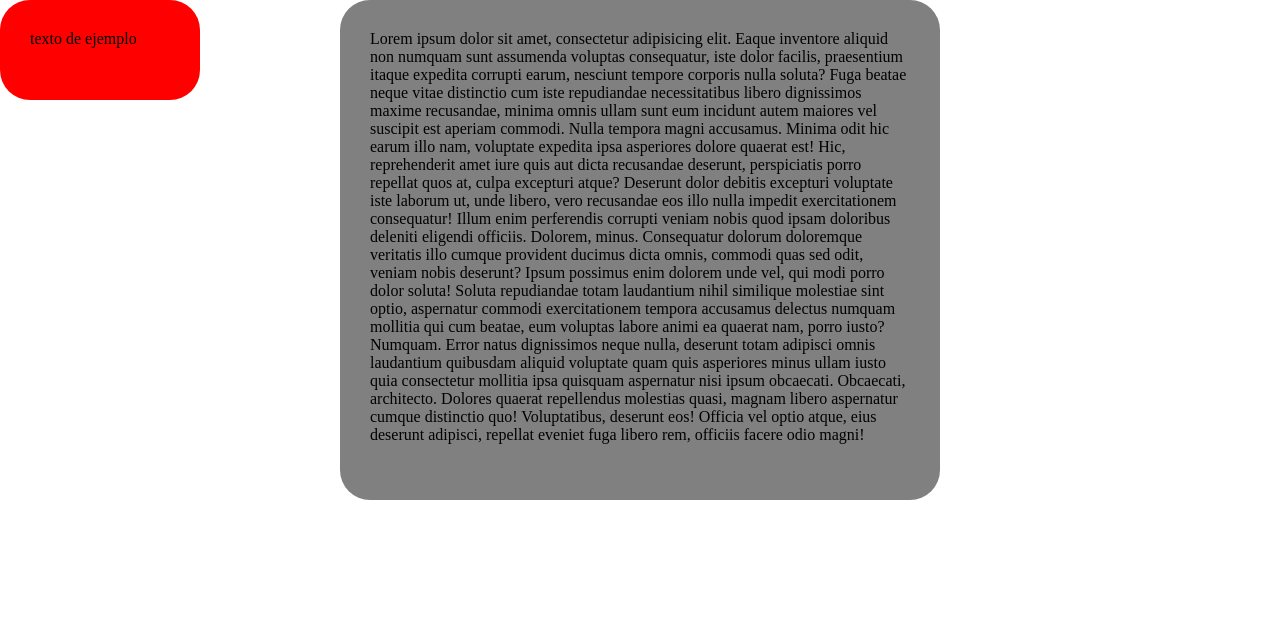
Repository: Daniel009980/daniel0099980
Page: desafio/index.html
The author's editor kept a copy of each file at every save. The page is drawn from the files as they stood at one save, then again after the next save.
The browser window is 1280 px wide. The pictures show the whole page.

Above is the page before, as saved 2022-09-19 01:38:58.

After the next save:
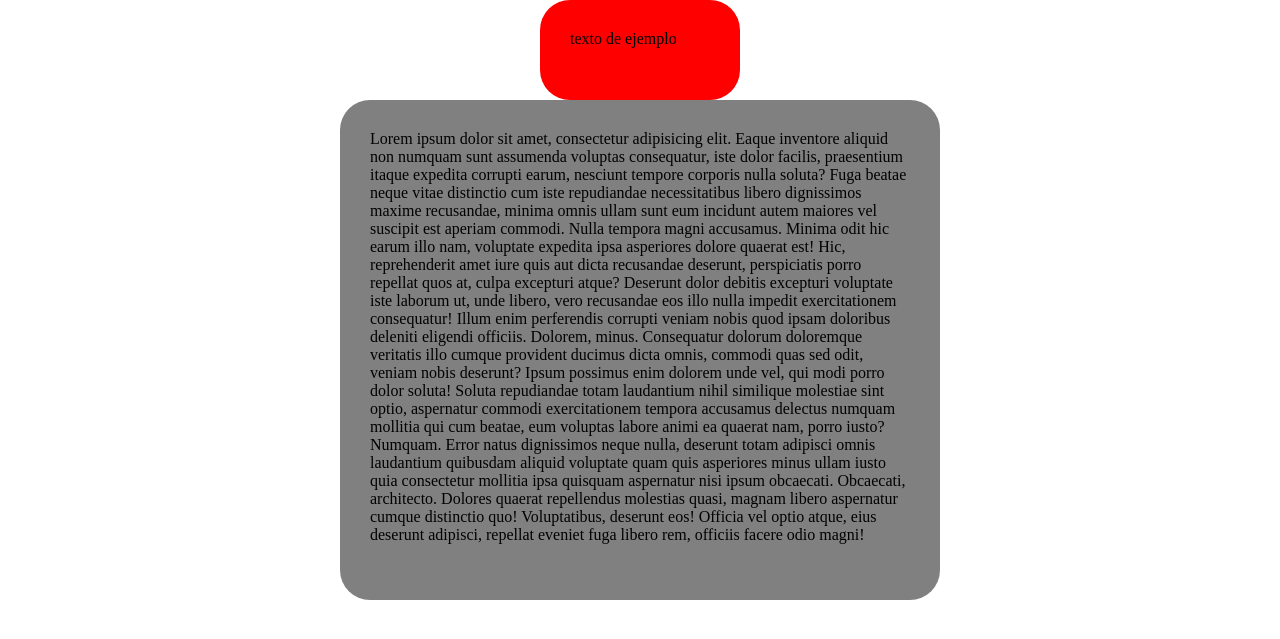
Saved 2 min 0 s later.
--- a/desafio/index.html
+++ b/desafio/index.html
@@ -10,7 +10,7 @@
 <body>
 
     <main>
-        <div style="position: absolute;"><p>texto de ejemplo</p></div>
+        <div><p>texto de ejemplo</p></div>
         <section><p>Lorem ipsum dolor sit amet, consectetur adipisicing elit. Eaque inventore aliquid non numquam sunt assumenda voluptas consequatur, iste dolor facilis, praesentium itaque expedita corrupti earum, nesciunt tempore corporis nulla soluta?
         Fuga beatae neque vitae distinctio cum iste repudiandae necessitatibus libero dignissimos maxime recusandae, minima omnis ullam sunt eum incidunt autem maiores vel suscipit est aperiam commodi. Nulla tempora magni accusamus.
         Minima odit hic earum illo nam, voluptate expedita ipsa asperiores dolore quaerat est! Hic, reprehenderit amet iure quis aut dicta recusandae deserunt, perspiciatis porro repellat quos at, culpa excepturi atque?

After the save that followed:
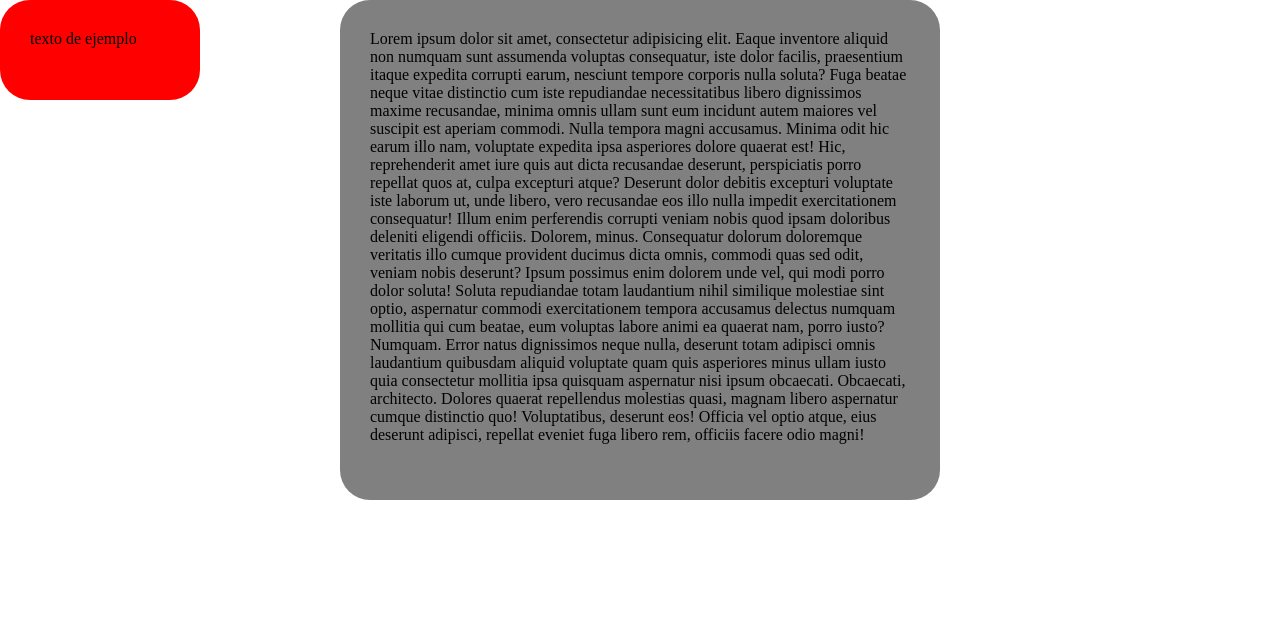
Saved 11 s later.
--- a/desafio/style.css
+++ b/desafio/style.css
@@ -6,7 +6,7 @@
 
 
 div{
-
+    position: absolute;
     border-radius: 30px;
     padding: 30px;
     background-color: red;
